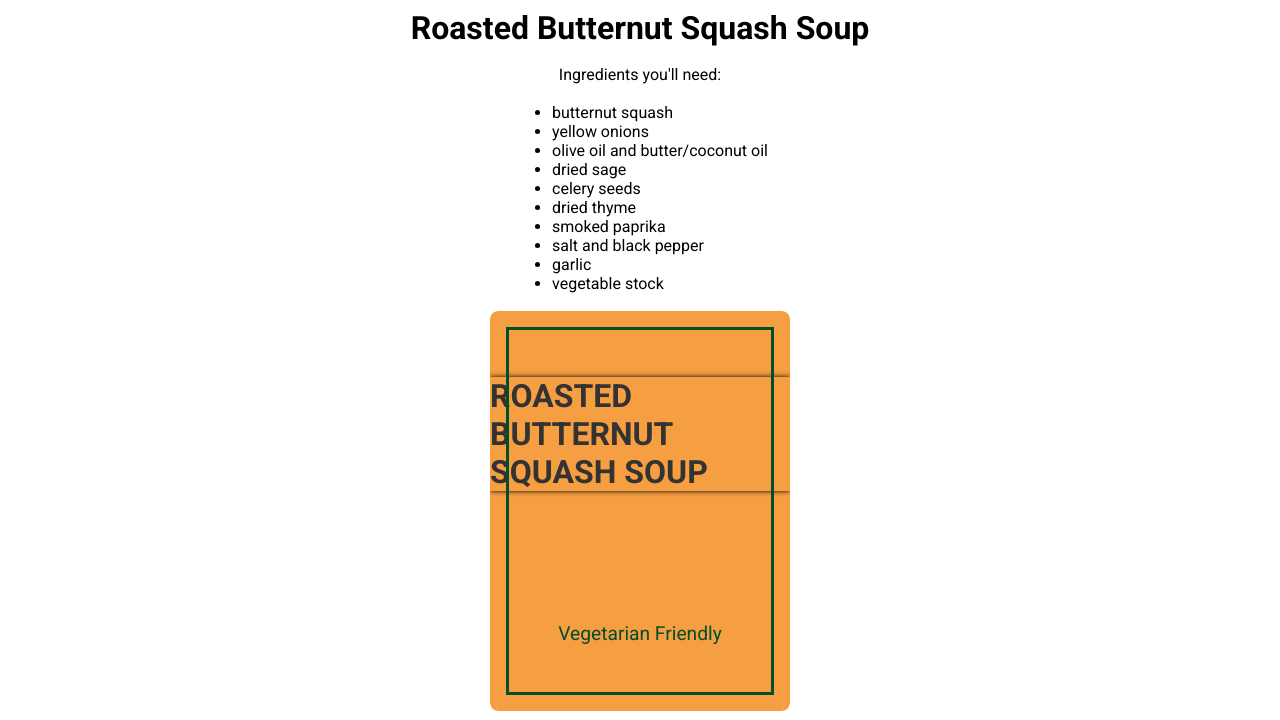
Repository: IDMX225/css-card-flip-LyssaMA
Page: src/index.html
These files come from the project's save history. The page is drawn as it stood at one moment and after the next save; the edit follows.
The browser window is 1280 px wide. The pictures show the whole page.
The style sheet was rebuilt from its Sass, Less or Tailwind sources for each picture, by a compiler version that may differ from the author's.

Above is the page before, as saved 2024-11-12 19:43:01.
Not found: src/js/index.js

### src/index.html
<!DOCTYPE html>
<html lang="en">

<head>
  <meta charset="UTF-8">
  <meta name="viewport" content="width=device-width, initial-scale=1.0">
  <meta name="description" content="A modern CSS page">
  <meta name="generator" content="Eleventy v1.2">
  <title>Recipe</title>
  <link rel="shortcut icon" href="images/squash.png" type="image/png">
  <link rel="stylesheet" href="css/main.css">
</head>

<body>
  <h1>Roasted Butternut Squash Soup</h1>
  <p>Ingredients you'll need:</p>
  <!-- Unordered List for Ingredients -->
  <ul>
    <li>butternut squash</li>
    <li>yellow onions</li>
    <li>olive oil and butter/coconut oil</li>
    <li>dried sage</li>
    <li>celery seeds</li>
    <li>dried thyme</li>
    <li>smoked paprika</li>
    <li>salt and black pepper</li>
    <li>garlic</li>
    <li>vegetable stock</li>
  </ul>

  <div class="card">
    <div class="card__content">
      <div class="card__front">
        <h3 class="card__title">Roasted Butternut Squash Soup</h3>
        <p class="card__subtitle">Vegetarian Friendly</p>
      </div>

      <div class="card__back">
        <p class="card__body">To roast the squash, simply place the seasoned squash onto two large baking sheets lined
          with aluminum foil for easy cleanup. Roast in the oven for 45 minutes at 400°F.
          There's no need to flip over the squash halfway through roasting. Just let it go for 45 minutes and that's it!
          Enjoy!</p>
      </div>
    </div>
  </div>

  <script src="js/index.js"></script>
</body>

</html>

### src/sass/main.scss
/* Import Google Fonts */
@import url('https://fonts.googleapis.com/css2?family=Roboto:wght@400;700&display=swap');

:root {
  --level-three: translateZ(9rem);
  --fw-normal: 400;
  --fw-bold: 700;
  --clr: #f59e42;  /* Squash Soup Orange */
  --clr-dark: #333;
  --font-family: 'Roboto', sans-serif;
}

*,
*::before,
*::after {
  box-sizing: border-box;
  margin: 0;
}

body {
  font-family: var(--font-family);
  height: 100vh;
  display: grid;
  place-items: center;
}

.card {
  width: 300px;
  height: 400px;
  perspective: 1000px;
  border-radius: 8px;
  overflow: hidden;
}

.card__content {
  position: relative;
  width: 100%;
  height: 100%;
  transform-style: preserve-3d;
  transition: transform 0.6s;
}

.card:hover .card__content {
  transform: rotateY(180deg);
}

.card__front,
.card__back {
  position: absolute;
  top: 0;
  left: 0;
  right: 0;
  bottom: 0;
  backface-visibility: hidden;
  display: grid;
  justify-items: center;
  align-items: center;
  border-radius: 8px;
}

.card__front {
  background-color: var(--clr);
  color: #034d28;
}

.card__front::before {
  content: '';
  position: absolute;
  top: 1em;
  bottom: 1em;
  left: 1em;
  right: 1em;
  border: 3px solid currentColor;
}

.card__title {
  font-family: var(--font-family);
  font-size: 2rem;
  font-weight: var(--fw-bold);
  text-transform: uppercase;
  color: #333;
  box-shadow: 0 0 5px black;
}

.card__subtitle {
  font-family: var(--font-family);
  font-size: 1.2rem;
  font-weight: var(--fw-normal);
}

.card__back {
  background: var(--clr-dark);
  color: #f7d07d;
  transform: rotateY(180deg);
}

.card__body {
  font-family: var(--font-family);
  font-size: 1rem;
  line-height: 1.5;
  padding: 1em;
  text-align: center;
}

After the next save:
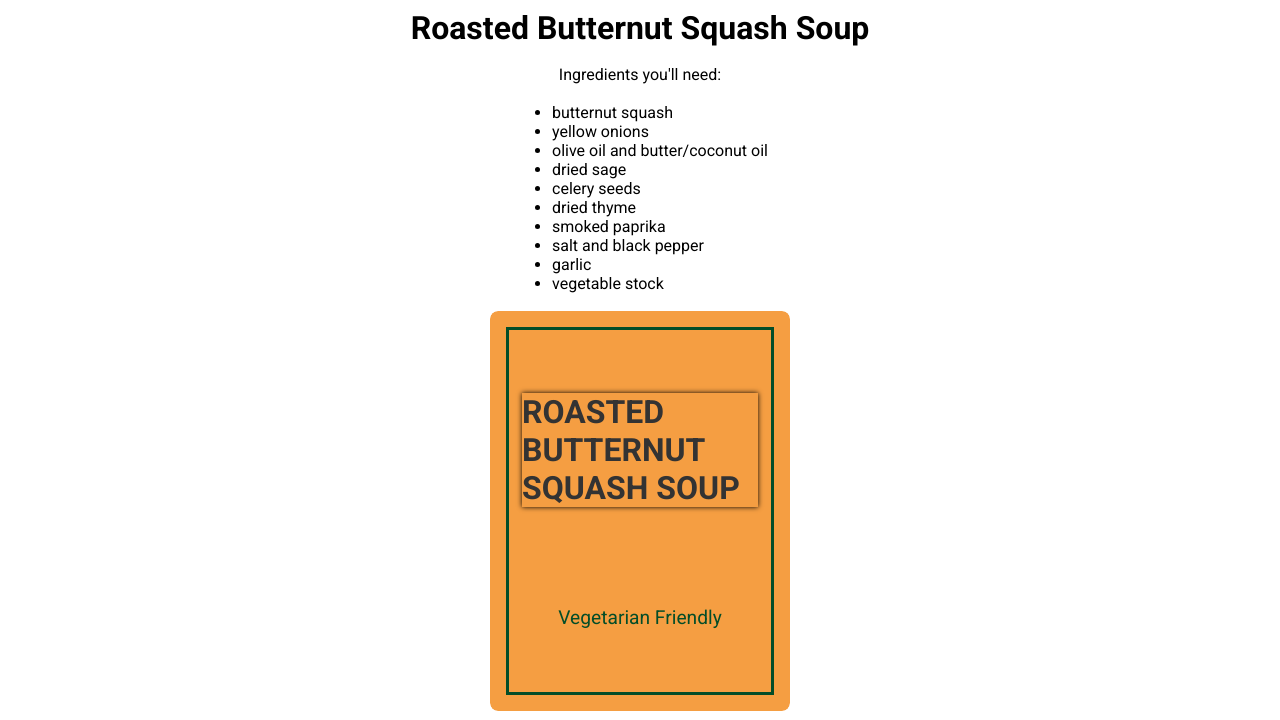
Saved 3 min 4 s later.
--- a/src/sass/main.scss
+++ b/src/sass/main.scss
@@ -61,6 +61,7 @@ body {
 .card__front {
   background-color: var(--clr);
   color: #034d28;
+  padding: 2em;
 }
 
 .card__front::before {
